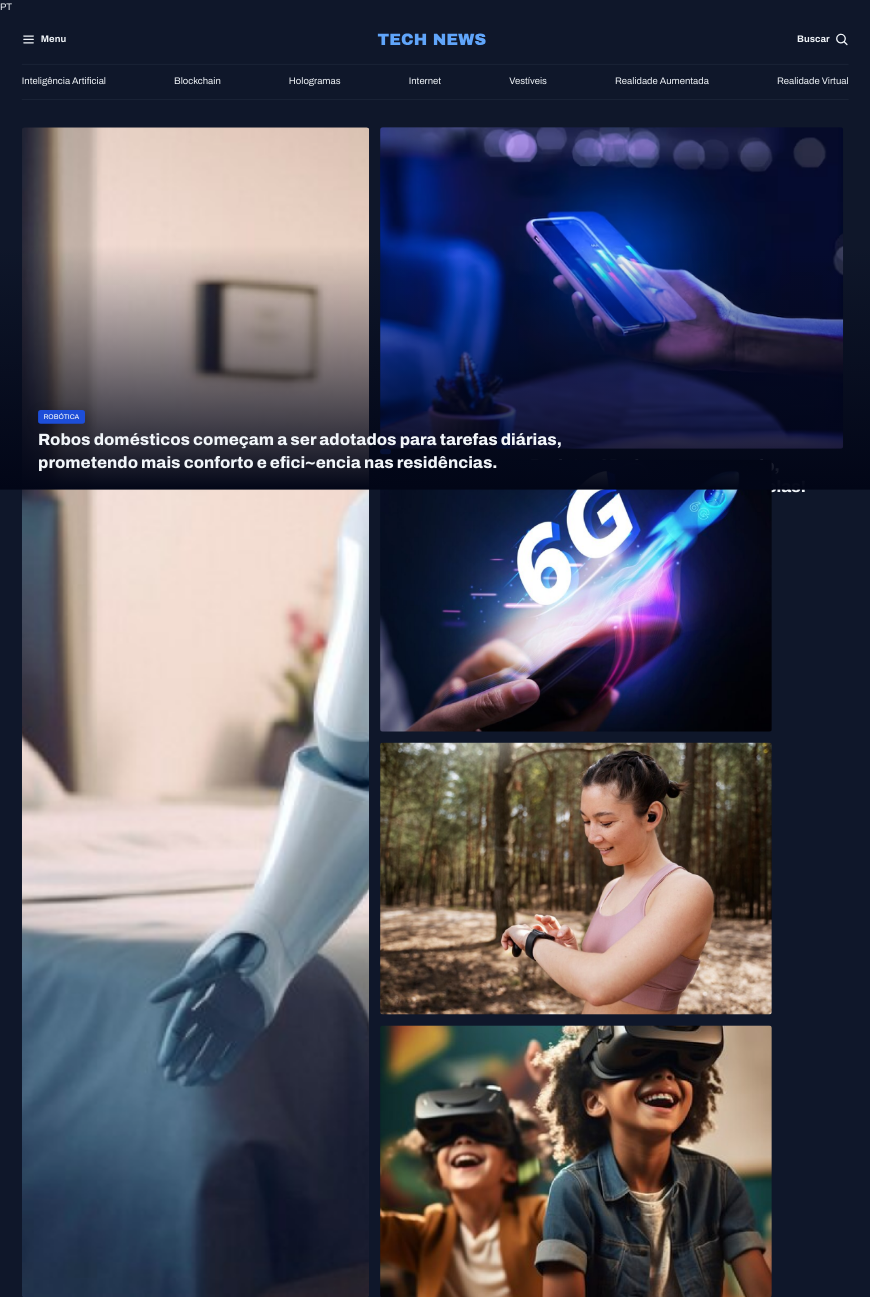
Repository: JeffRodFer/portalDeNoticias
Page: index.html
An editor plug-in stored every save of this project. The page is shown before and after the next save, followed by the edit.
The browser window is 1280 px wide. The pictures show the whole page, at 68% of full size.

Above is the page before, as saved 2025-04-15 21:54:11.

### index.html
PT<!DOCTYPE html>
<html lang="pt-BR">
  <head>
    <link rel="preconnect" href="https://fonts.googleapis.com">
  <link rel="preconnect" href="https://fonts.gstatic.com" crossorigin>
  <meta charset="UTF-8">
  <meta name="viewport" content="width=device-width, initial-scale=1.0">
  <title>Portal de Notícias</title>
  <link rel="stylesheet" href="styles/index.css">

  <link href="https://fonts.googleapis.com/css2?family=Archivo:ital,wght@0,100..900;1,100..900&family=Bree+Serif&family=Poppins:wght@400;700&display=swap" rel="stylesheet">

</head>
<body>
  <header class="container">
    <nav id="primary" class="grid grid-flow-col">
      <div>
        <img src="assets/icons/List.svg" alt="ícone de menu">
        <strong>Menu</strong>
      </div>
        <div>
          <img src="assets/Logo (1).svg" alt="TechNews logo">
        </div>
        <div>
          <strong>Buscar</strong>
          <img src="assets/icons/MagnifyingGlass.svg" alt="ícone de lupa para pesquisa">
        </div>
    </nav>
    <nav id="secondary" class="grid grid-flow-col">
      <a href="#">Inteligência Artificial</a>
      <a href="#">Blockchain</a>
      <a href="#">Hologramas</a>
      <a href="#">Internet</a>
      <a href="#">Vestíveis</a>
      <a href="#">Realidade Aumentada</a>
      <a href="#">Realidade Virtual</a>
    </nav>
  </header>
  <main class="grid container">
    <section id="featured" class="grid grid-flow-col gap-16">
      <figure class="card">
        <img src="assets/images/Image 01.png" alt="">

        <figcaption>
          <span class="content-tag">robótica</span>
          <h2 class="text-2xl">
            Robos domésticos começam a ser adotados para tarefas diárias, <br> prometendo mais conforto e efici~encia nas residências.
          </h2>
        </figcaption>
      </figure>
      <div class="grid grid cols-2 gap-16">
        <figure>
          <img src="assets/images/Image 02.png" alt="Novo Smartphone Projetor 3D chega ao mercado, transformando a forma como vemos as nossas telas!">

          <figcaption>
            <span class="content-tag"></span>
            <h2 class="text-2xl">
              Novo Smartphone Projetor 3D chega ao mercado, transformando a forma como vemos as nossas telas!
            </h2>
          </figcaption>
        </figure>
        <figure>
          <img src="assets/images/Image 03.png" alt="">
      </figure>
        <figure>
          <img src="assets/images/Image 04.png" alt="">
        </figure>
        <figure>
          <img src="assets/images/Image 05.png" alt="">
        </figure>
      </div>
    </section>
  </main>
</body>
</html>

### styles/global.css
* {
  margin: 0;
  padding: 0;
  box-sizing: border-box;
}

:root {
  --brand-color-light: #60a5fa ;
  --brand-color-dark: #1d4ed8;
  --bg-color: #0f172a;
  --stroke-color: #1e293b;
  --text-color-primary: #f1f5f9;
  --text-color-secondary: #cbd5e1;

  --font-family: 'Archivo', sans-serif;
  --h1: 800 24px/135% var(--font-family);
  --h2: 800 16px/140% var(--font-family);
  --h3: 800 14px/140% var(--font-family);
  --text-span: 400 16px/140% var(--font-family);
  --text: 400 14px/160% var(--font-family);

}

body {
  font: var(--text);
  color: var(--text-color-primary);
  background-color: var(--bg-color);
}

a {
  text-decoration: none;
  color: inherit;
}

a:hover {
  color: var(--brand-color-light);
}

h1,h2,h3 {
  font:inherit;
}

img {
  max-width: 100%;
}

.container {
  max-width: 1280px;
  padding-inline: 32px;
  margin-inline: auto;
}
main {
  margin-top: 40px ;
}
.content-tag {
  display: inline-block;
  background-color: var(--brand-color-dark);
  padding: 4px 8px;
  border-radius: 4px;
  font: 500 10px/1.2 var(--font-family);
  text-transform: uppercase;
  color: var(--text-color-primary);
  box-shadow: 0px 4px 16px rgba(2, 3, 23, 0.251);
}

### styles/utility.css
/* utility-first */
.grid {
  display: grid;
}
.grid-flow-col {
  grid-auto-flow: column;
}

.grid-cols-2 {
  grid-template-columns: 1fr 1fr;
}

.gap-16 {
  gap: 16px;
}

.text-2xl {
  font: var(--h1);
}
.text-2x {
  font: var(--h2);
}
.text-lg {
  font: var(--h3);
}
.text-sm {
  font: var(--text-sm);
}

### styles/header.css
#primary {
  padding-block: 20px;

  div {
    display: flex;
    align-items: center;
    gap: 8px;
  }

  /* nesting css */
  div:nth-child(2) {
    margin-inline: auto;
}
div:nth-child(3) {
  justify-self: end;
}
}
#secondary {
  padding-block: 14px;
  border: solid 1px var(--stroke-color);
  border-inline: none;
  justify-content: space-between;
}

### styles/sections.css
#featured {
  img {
    height: 100%;
    object-fit: cover;
    border-radius: 4px;
  }
.card {
  border-radius: 4px;
  overflow: hidden;
  object-fit: relative;

  &::before {
   content: "";
   position: absolute;
   inset: 0;
   top: 50%;
   background: linear-gradient(
    180deg,
    transparent 0%,
    #020617 100%
   );
  }
  figcaption {
    position: absolute;
    bottom: 0;

    padding: 24px;

    h2 {
      margin-top: 8px;
    }
  }
}
}

Loaded but not shown: styles/index.css (common file)

After the next save:
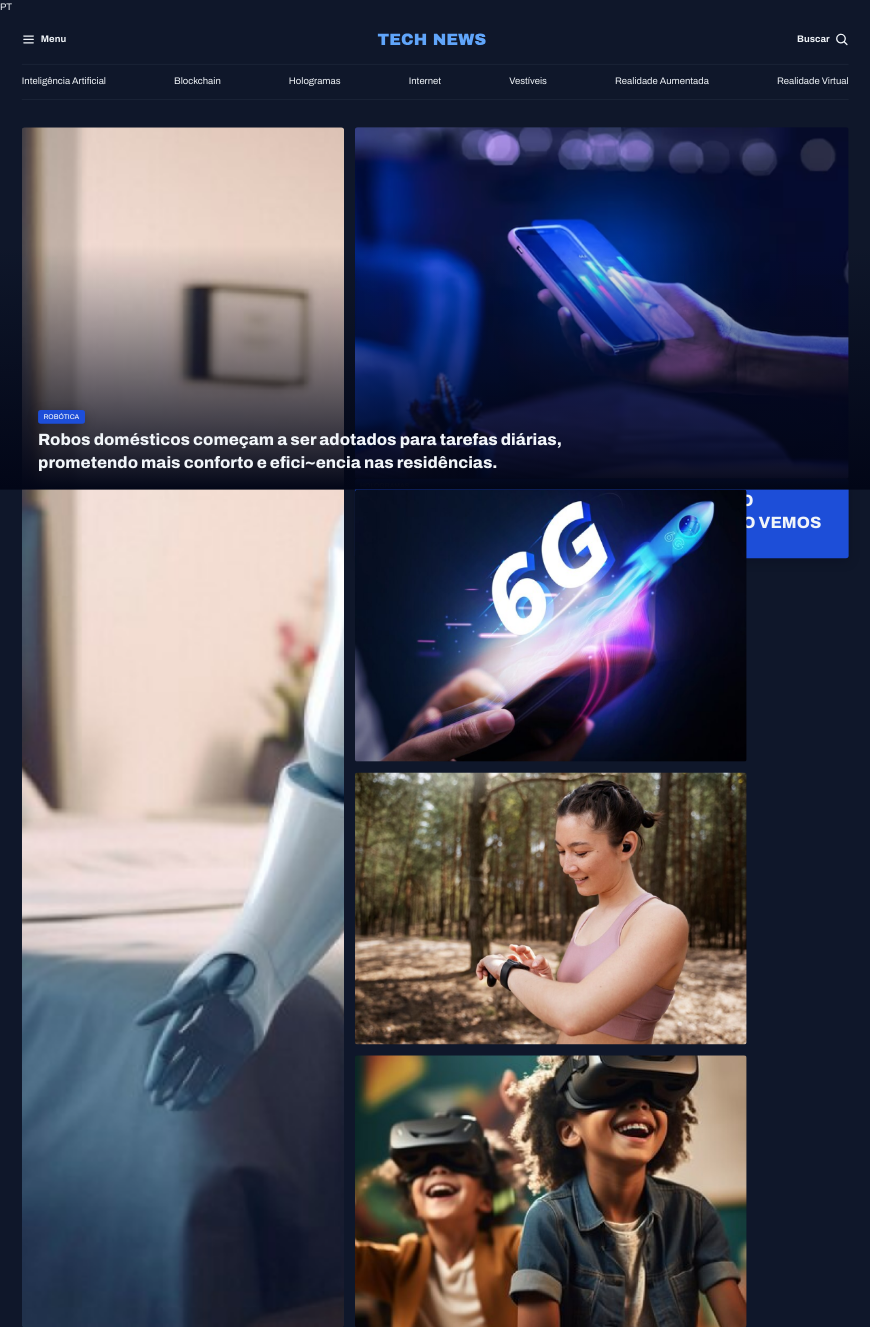
Saved 4 s later.
--- a/index.html
+++ b/index.html
@@ -53,7 +53,7 @@ PT<!DOCTYPE html>
           <img src="assets/images/Image 02.png" alt="Novo Smartphone Projetor 3D chega ao mercado, transformando a forma como vemos as nossas telas!">
 
           <figcaption>
-            <span class="content-tag"></span>
+            <span class="content-tag">Hologramas
             <h2 class="text-2xl">
               Novo Smartphone Projetor 3D chega ao mercado, transformando a forma como vemos as nossas telas!
             </h2>
